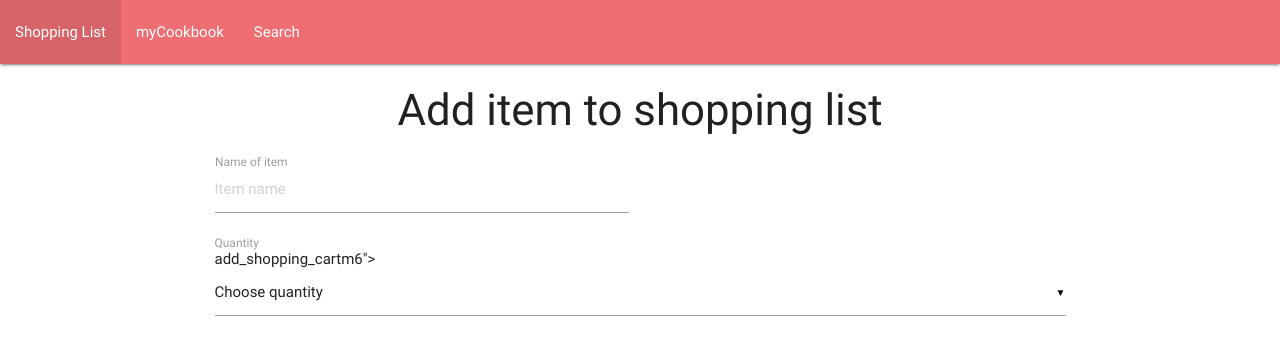
Repository: Code-Institute-Submissions/myCookbook-3
Page: http://localhost/add_item
The author's editor kept a record of every edit. The page is drawn from the files as they stood at one moment, then again after the next edit.
The browser window is 1280 px wide. The pictures show the whole page.
Some web libraries are served in a nearby version. The page is served by the project's application, run on Flask 3 (app.py).

Above is the page before.
Console error: TypeError: Cannot read properties of null (reading 'addEventListener')

### templates/additem.html
{% extends 'base.html' %} {% block content %}

<div class="container">
<h3 class="center">Add item to shopping list</h3>
<div class="row">
    <form action="{{ url_for('insert_item') }}" method="POST" class="col s12">
        <div class="row">
        <div class="input-field col s12 m6">
            <!--<i class="material-icons prefix">add_shopping_cart</i>-->
            <input placeholder="Item name" id="shopping_item" type="text" class="validate">
            <label for="shopping_item">Name of item</label>
        </div>
        <div class="input-field col s12
            <i class="material-icons prefix">add_shopping_cart</i>m6">
            <select>
              <option value="" disabled selected>Choose quantity</option>
              <option value="1">1</option>
              <option value="2">2</option>
              <option value="3">3</option>
              <option value="4">4</option>
              <option value="5">5</option>
              <option value="6">6</option>
              <option value="7">7</option>
              <option value="8">8</option>
              <option value="9">9</option>
            </select>
            <label>Quantity</label>
        </div>
      </div>
</div>


</div>


{% endblock %}

### templates/base.html
<!DOCTYPE html>
<html lang="en">
<head>
    <meta charset="UTF-8">
    <meta name="viewport" content="width=device-width, initial-scale=1.0">
    <meta http-equiv="X-UA-Compatible" content="ie=edge">
    <title>myCookbook</title>
    <link href="https://fonts.googleapis.com/icon?family=Material+Icons" rel="stylesheet">
    <!-- Materialize css -->
    <link rel="stylesheet" href="https://cdnjs.cloudflare.com/ajax/libs/materialize/0.100.2/css/materialize.min.css">
    <link rel="stylesheet" href="{{ url_for('static', filename='styles.css') }}" type="text/css" />
</head>
<body>
    <nav>
    <div class="nav-wrapper">

      <!--<ul id="nav-mobile" class="center hide-on-med-and-down">-->
      <ul id="nav-mobile main-nav">
        <li><a href="{{ url_for('get_shopping') }}">Shopping List</a></li>
        <li><a href="{{ url_for('get_recipes') }}">myCookbook</a></li>
        <li><a href="#">Search</a></li>
      </ul>
    </div>
  </nav>
    {% block content %}
    {% endblock %}

    <script src="https://cdnjs.cloudflare.com/ajax/libs/jquery/3.2.1/jquery.min.js"></script>
    <script src="https://cdnjs.cloudflare.com/ajax/libs/materialize/0.100.2/js/materialize.min.js"></script>
    <script type="text/javascript">
        $(document).ready(function() {
            $('.collapsible').collapsible();
            $('select').material_select();
        });
        $('.datepicker').pickadate({
            selectMonths: true, // Creates a dropdown to control month
            selectYears: 15, // Creates a dropdown of 15 years to control year,
            today: 'Today',
            clear: 'Clear',
            close: 'Ok',
            closeOnSelect: false // Close upon selecting a date,
        });

      document.getElementById("matfix").addEventListener("click", function(e) {
	e.stopPropagation();
});
  </script>

</body>
</html>

### app.py
import os
from flask import Flask, render_template, redirect, request, url_for
from flask_pymongo import PyMongo
from bson.objectid import ObjectId

app = Flask(__name__)
app.config["MONGO_URI"] = os.getenv("MONGO_URI")
app.config["MONGO_DBNAME"] = 'myCookbook'


mongo = PyMongo(app)


@app.route('/')
@app.route('/get_shopping')
def get_shopping():
    return render_template("shoppinglist.html", shoppinglist=mongo.db.shoppinglist.find())

@app.route('/get_recipes')
def get_recipes():
    return render_template("recipes.html", recipe=mongo.db.recipes.find())

@app.route('/get_full_recipe')
def get_full_recipe():
    return render_template("full_recipe.html", recipe=mongo.db.recipes.find())

@app.route('/add_item')
def add_item():
    return render_template("additem.html")

@app.route('/add_recipe')
def add_recipe():
    return render_template("add_recipe.html")

@app.route('/insert_item', methods=['POST'])
def insert_item():
    items = mongo.db.shoppinglist
    items.insert_one(request.form.to_dict())
    return redirect(url_for('get_shopping'))

@app.route('/insert_recipe', methods=['POST'])
def insert_recipe():
    recipes = mongo.db.recipes
    recipes.insert_one(request.form.to_dict())
    return redirect(url_for('get_recipes'))

@app.route('/edit_item/<item_id>')
def edit_item(item_id):
    the_item = mongo.db.shoppinglist.find_one({"_id": ObjectId(item_id)})
    return render_template("edititem.html", item=the_item)

@app.route('/edit_recipe/<recipe_id>')
def edit_recipe(recipe_id):
    the_recipe = mongo.db.recipes.find_one({"_id": ObjectId(recipe_id)})
    return render_template("edit_recipe.html", recipe=the_recipe)

@app.route('/delete_item/<item_id>')
def delete_item(item_id):
    mongo.db.shoppinglist.remove({'_id':ObjectId(item_id)})
    return redirect(url_for('get_shopping'))

@app.route('/update_item/<item_id>', methods=["POST"])
def update_item(item_id):
    items = mongo.db.shoppinglist
    items.update( {'_id': ObjectId(item_id)},
    {
        'item_name':request.form.get('item_name'),
        'item_quantity':request.form.get('item_quantity'),
        'item_info': request.form.get('item_info')
    })
    return redirect(url_for('get_shopping'))

@app.route('/update_recipe/<recipe_id>', methods=["POST"])
def update_recipe(recipe_id):
    recipes = mongo.db.recipes
    recipes.update( {'_id': ObjectId(recipe_id)},
    {
        'recipe_name':request.form.get('recipe_name'),
        'prep_time':request.form.get('prep_time'),
        'cook_time': request.form.get('cook_time'),
        'recipe_desc': request.form.get('recipe_desc'),
        'ingredients': request.form.get('ingredients'),
        'method': request.form.get('method'),
        'image': request.form.get('image'),
        'is_vegetarian': request.form.get('is_vegetarian')

    })
    return redirect(url_for('get_full_recipe'))


if __name__ == '__main__':
    app.run(host=os.environ.get('IP'),
            port=int(os.environ.get('PORT')),
            debug=True)

### static/styles.css
.container .row {
    margin-left: auto;
    margin-right: auto;
}

.row .col.s9 {
    margin-left: 0;
}

.btn_small {
    height: 24px;
    width: 60px;
    line-height: 24px;
    margin: 5px 5px;
    padding: 0 0.5em;
}

.item_header {
    margin-top: 5px;
    padding-left: 25%;
    font-size: 20px;
}

.recipe_header {
    font-size: 20px;
    margin-left: 0;
}

.fullrec_header {
    margin-top: 30px;
}

.recipe_img {
    height: 200px;
    width: 240px;
    border-radius: 25px;
}

.img_resize {
    width:50%;
    height: auto;
    border-radius: 12%;
}

#veggie {
    height:30px;
    width: auto;
}

.btn-remove {
    width: 80px;
}

.recipe_buttons {
    margin-bottom: 30px;
}

#main-nav {
    font-size: 24px;
}

.nav-wrapper {
    text-align: center;
}

.edit-btn {
    text-align: right;
    padding-left:10px;
}

#shopping-header {
    text-align: center;
}

.add_can_btns {
    text-align: center;
}

#prep_para {
    margin-top: 0;
}

After the next edit:
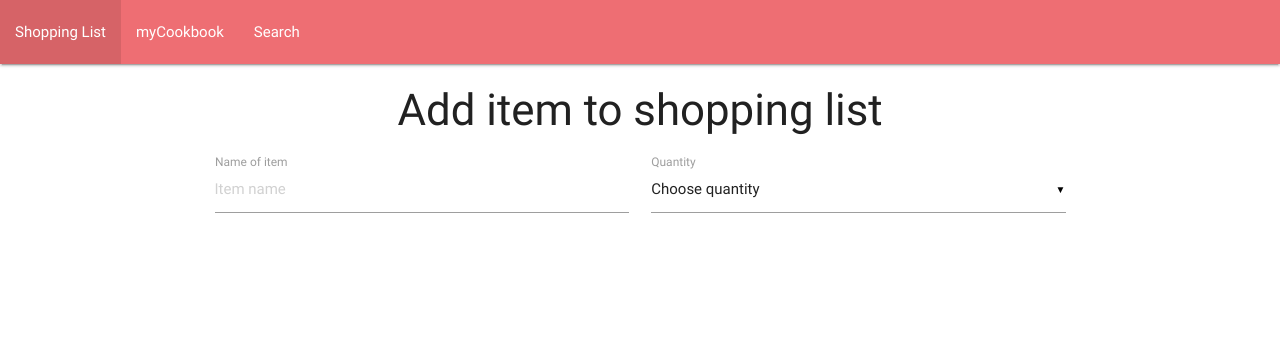
The edit:
--- a/templates/additem.html
+++ b/templates/additem.html
@@ -10,8 +10,7 @@
             <input placeholder="Item name" id="shopping_item" type="text" class="validate">
             <label for="shopping_item">Name of item</label>
         </div>
-        <div class="input-field col s12
-            <i class="material-icons prefix">add_shopping_cart</i>m6">
+        <div class="input-field col s12 m6">
             <select>
               <option value="" disabled selected>Choose quantity</option>
               <option value="1">1</option>
